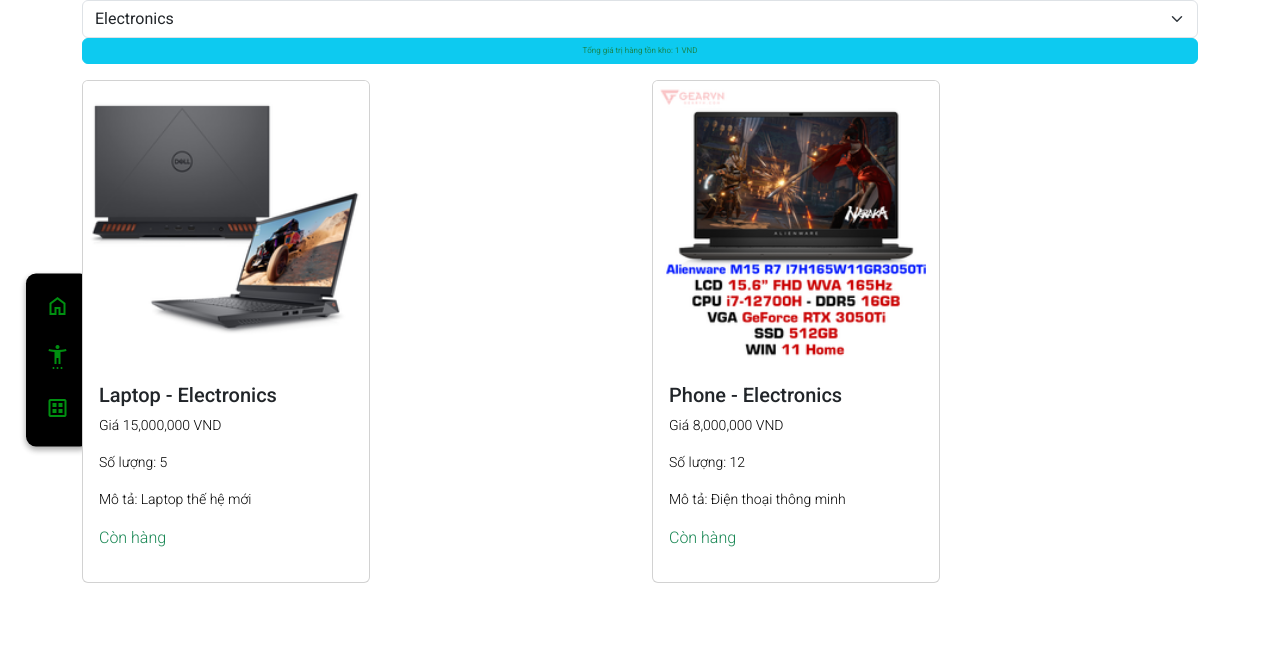
Repository: tuankiet10920/homeworkFEF
Page: /about
The author's editor kept a copy of each file at every save. The page is drawn from the files as they stood at one save, then again after the next save.
The browser window is 1280 px wide. The pictures show the whole page.
The project was rebuilt for these pictures with package versions that can differ from the ones it lists, and the page was loaded fresh each time. Also part of the build but not shown: vite.config.js, src/views/HomeView.vue.

Above is the page before, as saved 2024-10-23 22:40:29.

After the next save:
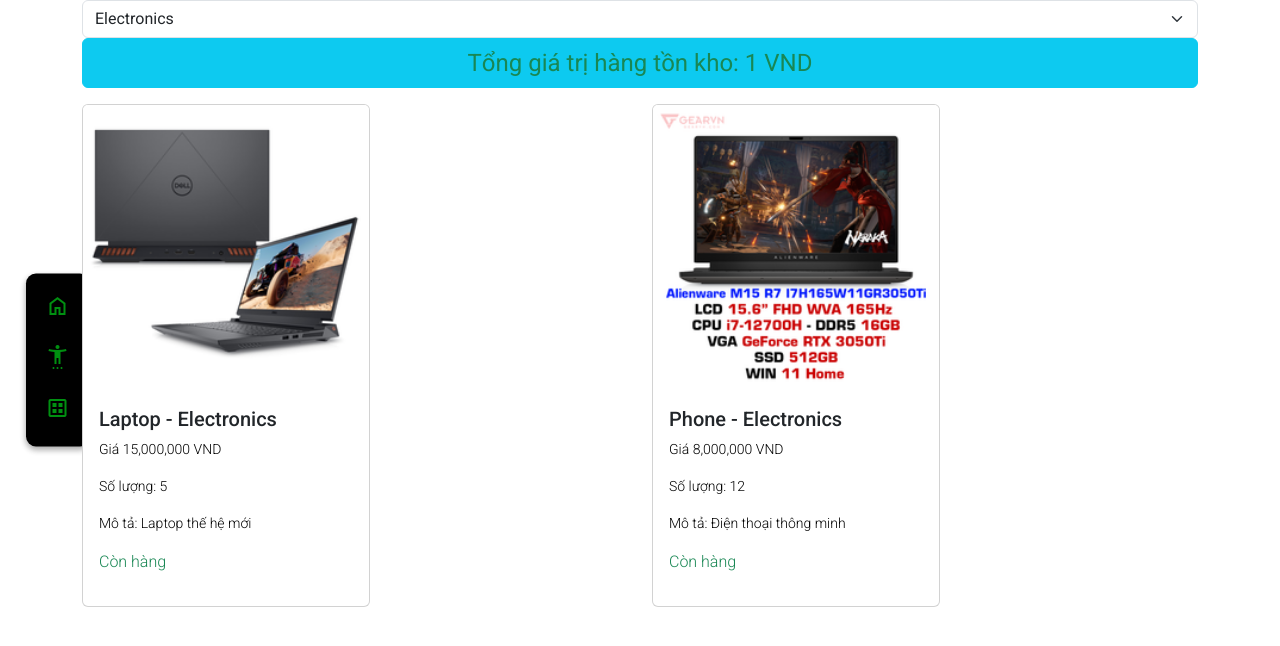
Saved 32 s later.
--- a/src/Labs/Lab3/Bai4.vue
+++ b/src/Labs/Lab3/Bai4.vue
@@ -55,7 +55,7 @@ const filterProductList = computed(() => {
       <option value="Electronics">Electronics</option>
       <option value="Accessories">Accessories</option>
     </select>
-    <p class="text-success btn btn-info" style="width: 100%">
+    <p class="text-success btn btn-info fs-4" style="width: 100%">
       Tổng giá trị hàng tồn kho: 1 VND
     </p>
     <div class="row">
